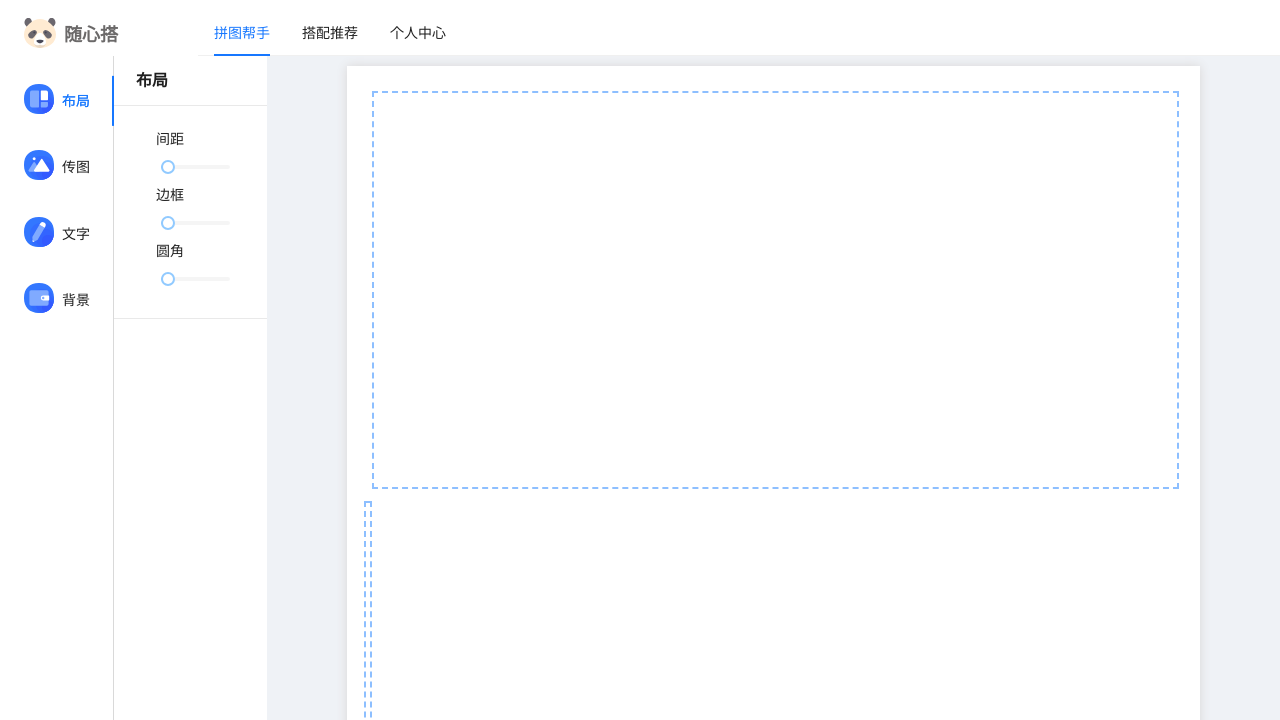
Repository: zzq1101921989/low-code
Page: /
These files come from the project's save history. The page is drawn as it stood at one moment and after the next save; the edit follows.
The browser window is 1280 px wide. The pictures show the whole page.
The project was rebuilt for these pictures with package versions that can differ from the ones it lists, and the page was loaded fresh each time. Also part of the build but not shown: vite.config.ts, src/pages/admin/index.tsx, src/components/icon/ClothesIcon.tsx, src/components/icon/HairIcon.tsx, src/components/icon/PantsIcon.tsx, src/components/icon/ShoeIcon.tsx, src/pages/recommend/index.tsx.

Above is the page before, as saved 2023-05-07 12:36:43.

### index.html
<!DOCTYPE html>
<html lang="en">
  <head>
    <meta charset="UTF-8" />
    <link rel="icon" type="image/svg+xml" href="/vite.svg" />
    <meta name="viewport" content="width=device-width, initial-scale=1.0" />
    <title>搭配选择困难症？不懂搭？就来随心搭，找到属于自己的穿搭技巧</title>
  </head>
  <body>
    <div id="root"></div>
    <script type="module" src="/src/main.tsx"></script>
  </body>
</html>

### src/main.tsx
import ReactDOM from "react-dom/client";
import App from "./App";
import "./reset.css";

ReactDOM.createRoot(document.getElementById("root") as HTMLElement).render(
  <App />
);

### src/App.tsx
import { BrowserRouter, Navigate, Route, Routes } from "react-router-dom";
import LayoutComponent from "./components/layout";
import { routerConfig } from "./routers";

const App = () => {
  return (
    <BrowserRouter>
      <Routes>
        <Route path="/" element={<LayoutComponent />}>
          {/* 重定向 */}
          <Route path="/" element={<Navigate to="/home" />} />
          {routerConfig.map((item) => (
            <Route path={item.path} key={item.name} element={item.element} />
          ))}
        </Route>
        <Route path="*" element={<div>404</div>} />
      </Routes>
    </BrowserRouter>
  );
};

export default App;

### src/reset.css
html,body,div,span,applet,object,h1,h2,h3,h4,h5,h6,p,blockquote,pre,a,abbr,acronym,address,big,cite,code,del,dfn,em,img,ins,kbd,q,s,samp,small,strike,strong,sub,sup,tt,var,b,u,i,center,dl,dt,dd,ol,ul,li,fieldset,form,label,legend,table,caption,tbody,tfoot,thead,tr,th,td,article,aside,canvas,details,embed,figure,figcaption,footer,header,hgroup,menu,nav,output,ruby,section,summary,time,mark,audio,video {
	margin:0;
	padding:0;
	border:0;
	font-size:100%;
	font:inherit;
	font-weight:normal;
	vertical-align:baseline;
}
/* HTML5 display-role reset for older browsers */
article,aside,details,figcaption,figure,footer,header,hgroup,menu,nav,section {
	display:block;
}
ol,ul,li {
	list-style:none;
}
blockquote,q {
	quotes:none;
}
blockquote:before,blockquote:after,q:before,q:after {
	content:'';
	content:none;
}
table {
	border-collapse:collapse;
	border-spacing:0;
}
th,td {
	vertical-align:middle;
}
/* custom */
a {
	outline:none;
	color:#16418a;
	text-decoration:none;
	-webkit-backface-visibility: hidden;
}
a:focus {
	outline:none;
}
input:focus,select:focus,textarea:focus {
	outline:-webkit-focus-ring-color auto 0;
}

### src/components/layout/index.tsx
import Icon from "@ant-design/icons";
import type { CustomIconComponentProps } from "@ant-design/icons/es/components/Icon";
import { Space } from "antd";
import { Content } from "antd/es/layout/layout";
import { Outlet } from "react-router-dom";
import HeaderComponent from "../header";
import styles from "./index.module.less";

const PandaSvg = () => (
  <svg viewBox="0 0 1024 1024" width="1em" height="1em" fill="currentColor">
    <path
      d="M99.096 315.634s-82.58-64.032-82.58-132.13c0-66.064 33.032-165.162 148.646-148.646 83.37 11.91 99.096 165.162 99.096 165.162l-165.162 115.614zM924.906 315.634s82.58-64.032 82.58-132.13c0-66.064-33.032-165.162-148.646-148.646-83.37 11.91-99.096 165.162-99.096 165.162l165.162 115.614z"
      fill="#6B676E"
    />
    <path
      d="M1024 561.548c0 264.526-229.23 429.42-512.002 429.42S0 826.076 0 561.548 283.96 66.064 512.002 66.064 1024 297.022 1024 561.548z"
      fill="#FFEBD2"
    />
    <path
      d="M330.324 842.126c0 82.096 81.34 148.646 181.678 148.646s181.678-66.55 181.678-148.646H330.324z"
      fill="#E9D7C3"
    />
    <path
      d="M644.13 611.098C594.582 528.516 561.55 512 512.002 512c-49.548 0-82.58 16.516-132.13 99.096-42.488 70.814-78.73 211.264-49.548 247.742 66.064 82.58 165.162 33.032 181.678 33.032 16.516 0 115.614 49.548 181.678-33.032 29.18-36.476-7.064-176.93-49.55-247.74z"
      fill="#FFFFFF"
    />
    <path
      d="M611.098 495.484c0-45.608 36.974-82.58 82.58-82.58 49.548 0 198.194 99.098 198.194 165.162s-79.934 144.904-148.646 99.096c-49.548-33.032-132.128-148.646-132.128-181.678zM412.904 495.484c0-45.608-36.974-82.58-82.58-82.58-49.548 0-198.194 99.098-198.194 165.162s79.934 144.904 148.646 99.096c49.548-33.032 132.128-148.646 132.128-181.678z"
      fill="#6B676E"
    />
    <path
      d="M512.002 726.622c-30.06 0-115.614 5.668-115.614 33.032 0 49.638 105.484 85.24 115.614 82.58 10.128 2.66 115.614-32.944 115.614-82.58-0.002-27.366-85.556-33.032-115.614-33.032z"
      fill="#464655"
    />
    <path
      d="M330.324 495.484m-33.032 0a33.032 33.032 0 1 0 66.064 0 33.032 33.032 0 1 0-66.064 0Z"
      fill="#464655"
    />
    <path
      d="M693.678 495.484m-33.032 0a33.032 33.032 0 1 0 66.064 0 33.032 33.032 0 1 0-66.064 0Z"
      fill="#464655"
    />
  </svg>
);

const PandaIcon = (props: Partial<CustomIconComponentProps>) => (
  <Icon component={PandaSvg} {...props} />
);

export default function LayoutComponent() {
  return (
    <div className={styles["syd-layout"]}>
      <div className={styles["syd-header"]}>
        <div className={styles.logo}>
          <Space>
            <PandaIcon style={{ fontSize: "32px" }} />
            <div style={{ fontWeight: "bold", fontSize: 18, color: "#6b6969" }}>
              随心搭
            </div>
          </Space>
        </div>
        <HeaderComponent />
      </div>
      <Content className={styles["syd-content"]}>
        <Outlet />
      </Content>
    </div>
  );
}

### src/routers/index.tsx
import { RouteObject } from "react-router-dom";
import Admin from "../pages/admin";
import Home from "../pages/home";
import Recommend from "../pages/recommend";

export const routerConfig: (RouteObject & { name: string })[] = [
  {
    path: "home",
    name: "拼图帮手",
    element: <Home />,
  },
  {
    path: "recommend",
    name: "搭配推荐",
    element: <Recommend />,
  },
  {
    path: "admin",
    name: "个人中心",
    element: <Admin />,
  },
];

### src/components/header/index.tsx
import { Menu, MenuProps } from "antd";
import { Link, useLocation } from "react-router-dom";
import { routerConfig } from "../../routers";

export default function HeaderComponent() {

  const locaiton = useLocation();

  const items: MenuProps["items"] = routerConfig.map((key) => ({
    key: key.path,
    label: <Link to={`/${key.path}`}>{key.name}</Link>,
  }));

  return (
    <Menu
      style={{ flex: 1 }}
      mode="horizontal"
      selectedKeys={[locaiton.pathname.split("/")[1]]}
      items={items}
    />
  );
}

### src/components/layout/index.module.less
.syd-layout {
  width: 100%;
  height: 100vh;
  display: flex;
  flex-direction: column;
  overflow: hidden;
  .syd-header {
    display: flex;
    width: 100%;
    align-items: center;
    padding: 10px 24px 0 24px;
    background-color: #fff;
    .logo {
      margin-right: 80px;
    }
  }
  .syd-content {
    flex: auto;
    background: #eff2f6;
  }
}

### src/pages/home/index.tsx
import { Col, Row } from "antd";
import { FC } from "react";
import { DrawImage, Menu } from "./features";
import styles from "./index.module.less";

const Home: FC = () => {
  return (
    <Row style={{ height: "100%" }} className={styles.homeContainer}>
      <Col xl={5}>
        <Menu />
      </Col>
      <Col xl={19}>
        <DrawImage />
      </Col>
    </Row>
  );
};

export default Home;

### src/pages/home/features/index.tsx
export { default as Area } from './Area';
export { default as DrawImage } from './DrawImage';
export { default as Menu } from './Menu';

### src/pages/home/index.module.less
.homeContainer {
    :global{
        .ant-tabs-tabpane {
            padding-left: 0 !important
        }
        .ant-tabs-nav-wrap {
            padding-top: 20px;
        }
    }
}

### src/pages/home/features/Area/index.tsx
import { FC, ReactNode } from "react";
import styles from "./index.module.less";

interface AreaProps {
  /**
   * @name 头部区域内容
   */
  header: string | ReactNode;

  /**
   * @name 中间区域内容
   */
  centre?: string | ReactNode;
}
const Area: FC<AreaProps> = (props) => {
  const { header, centre } = props;

  return (
    <div className={`${styles["area-container"]}`}>
      <div
        className={`${styles["area-container-header"]} ${styles.padding} ${styles.borderBottom}`}
      >
        {header}
      </div>
      {centre && (
        <div
          className={`${styles["area-container-centre"]} ${styles.padding} ${styles["borderBottom"]}`}
        >
          {centre}
        </div>
      )}
    </div>
  );
};

export default Area;

### src/pages/home/features/DrawImage/index.tsx
import { Col, Row } from "antd";
import { FC } from "react";
import { ItemBox } from "../../components";

interface DrawImageProps {}
const DrawImage: FC<DrawImageProps> = (props) => {
  return (
    <div
      style={{
        width: "803px",
        height: "803px",
        padding: "25px",
        margin: '10px auto',
        background: "#fff",
        boxShadow: "0 0 10px #d9d6d6",
      }}
    >
      <Row gutter={[16, 16]} style={{ height: '100%' }}>
        <Col span={24}>
          <ItemBox />
        </Col>
        <Row gutter={[16, 16]}>
          <Col span={24}>
            <ItemBox />
          </Col>
        </Row>
      </Row>
    </div>
  );
};

export default DrawImage;

### src/pages/home/features/Menu/index.tsx
import { Slider, Space, Tabs, TabsProps } from "antd";
import { Area } from "..";
import {
  ColorIcon,
  ImageIcon,
  LayoutIcon,
  TextIcon,
} from "../../../../components/icon";

/**
 * 导航栏组件
 * @returns
 */
export default function Menu() {
  const items: TabsProps["items"] = [
    {
      label: (
        <Space>
          <LayoutIcon />
          布局
        </Space>
      ),
      key: "1",
      children: (
        <Area
          header="布局"
          centre={
            <div
              style={{
                width: "100%",
                display: "flex",
                flexDirection: "column",
                padding: '10px 20px',
                boxSizing: 'border-box'
              }}
            >
              <div>
                间距
                <Slider defaultValue={10} />
              </div>
              <div>
                边框
                <Slider defaultValue={10} />
              </div>
              <div>
                圆角
                <Slider defaultValue={10} />
              </div>
            </div>
          }
        />
      ),
    },
    {
      label: (
        <Space>
          <ImageIcon />
          传图
        </Space>
      ),
      key: "2",
      children: "",
    },
    {
      label: (
        <Space>
          <TextIcon />
          文字
        </Space>
      ),
      key: "3",
      children: "",
    },
    {
      label: (
        <Space>
          <ColorIcon />
          背景
        </Space>
      ),
      key: "4",
      children: "",
    },
  ];

  return (
    <Tabs
      tabPosition="left"
      items={items}
      style={{ background: "#fff", height: "100%" }}
    />
  );
}

### src/pages/home/features/Area/index.module.less
.area-container {
    width: 100%;
    .area-container-header {
        font-size: 18px;
    }
    .area-container-header {
        font-size: 16px;
        font-weight: bold;
    }
}
.padding {
    padding: 12px 12px 12px 22px;
}
.borderBottom {
    border-bottom: 1px solid #e9e9e9;
}

### src/pages/home/components/index.tsx
export { default as ItemBox } from './ItemBox';

### src/components/icon/index.tsx
export { default as ClothesIcon } from "./ClothesIcon";
export { default as ColorIcon } from "./ColorIcon";
export { default as HairIcon } from "./HairIcon";
export { default as ImageIcon } from "./ImageIcon";
export { default as LayoutIcon } from "./LayoutIcon";
export { default as PantsIcon } from "./PantsIcon";
export { default as ShoeIcon } from "./ShoeIcon";
export { default as TextIcon } from "./TextIcon";

### src/pages/home/components/ItemBox/index.tsx
import type { FC } from "react";
import { memo } from "react";

interface ItemBoxProps {

}
const ItemBox: FC<ItemBoxProps> = (props) => {
  const {  } = props;
  return (
    <div
      style={{
        width: '100%',
        height: '100%',
        border: "2px dashed rgba(30, 128, 255, 0.5)",
      }}
    ></div>
  );
};
export default memo(ItemBox);

### src/components/icon/ColorIcon.tsx
import Icon from "@ant-design/icons";
import { CustomIconComponentProps } from "@ant-design/icons/lib/components/Icon";

const Color = () => (
  <svg
    viewBox="0 0 1024 1024"
    version="1.1"
    xmlns="http://www.w3.org/2000/svg"
    p-id="7117"
    width="30"
    height="30"
  >
    <path
      d="M1023.910943 511.999898c5.11911 317.794367-194.116663 516.825376-511.91103 511.911029-317.794367 4.914346-516.825376-194.116663-511.91103-511.911029C-4.825463 194.20553 194.205546-4.825478 511.999913 0.088868c317.794367-4.914346 516.825376 194.116663 511.91103 511.91103z"
      fill="#3377FF"
      p-id="7118"
    ></path>
    <path
      d="M1022.477592 566.671996C1006.915497 340.40732 852.318366 201.16752 614.382119 204.85328c-254.112635-4.095288-413.624112 155.416189-409.528824 409.528824-3.890524 237.936247 135.554041 392.533378 361.613952 408.095473 268.036615-16.381153 439.629192-187.97373 456.010345-455.805581z"
      fill="#336DFF"
      p-id="7119"
    ></path>
    <path
      d="M1015.515602 629.944199C985.824762 491.523456 876.480566 407.160519 716.764325 409.617692c-190.635668-3.071466-310.218084 116.51095-307.146618 307.146618-2.457173 159.716241 81.905765 269.060437 220.121743 298.751277 211.112109-34.400421 351.375731-174.664043 385.776152-385.571388z"
      fill="#3364FF"
      p-id="7120"
    ></path>
    <path
      d="M997.701098 705.707031C964.734028 646.734881 902.076118 613.153517 819.146531 614.382104c-127.1587-2.047644-206.812056 77.605712-204.764412 204.764412-1.433351 82.929587 32.352777 145.587497 91.120163 178.554567a431.233852 431.233852 0 0 0 292.198816-291.994052z"
      fill="#335AFF"
      p-id="7121"
    ></path>
    <path
      d="M184.376854 245.806162m61.429324 0l532.387471 0q61.429324 0 61.429323 61.429324l0 409.528824q0 61.429324-61.429323 61.429323l-532.387471 0q-61.429324 0-61.429324-61.429323l0-409.528824q0-61.429324 61.429324-61.429324Z"
      fill="#80AAFF"
      p-id="7122"
    ></path>
    <path
      d="M655.335001 430.094133h184.287971a20.476441 20.476441 0 0 1 20.476441 20.476441v122.858647a20.476441 20.476441 0 0 1-20.476441 20.476441h-184.287971a81.905765 81.905765 0 0 1-81.905764-81.905764 81.905765 81.905765 0 0 1 81.905764-81.905765z"
      fill="#FFFFFF"
      p-id="7123"
    ></path>
    <path
      d="M655.335001 511.999898m-40.952882 0a40.952882 40.952882 0 1 0 81.905765 0 40.952882 40.952882 0 1 0-81.905765 0Z"
      fill="#80AAFF"
      p-id="7124"
    ></path>
  </svg>
);

export default function ColorIcon(props: Partial<CustomIconComponentProps>) {
  return <Icon component={Color} {...props} />;
}

### src/components/icon/ImageIcon.tsx
import Icon from "@ant-design/icons";
import { CustomIconComponentProps } from "@ant-design/icons/lib/components/Icon";

const Image = () => (
  <svg
    viewBox="0 0 1024 1024"
    version="1.1"
    xmlns="http://www.w3.org/2000/svg"
    p-id="1209"
    width="30"
    height="30"
  >
    <path
      d="M1023.910943 511.999898c5.11911 317.794367-194.116663 516.825376-511.91103 511.911029-317.794367 4.914346-516.825376-194.116663-511.91103-511.911029C-4.825463 194.20553 194.205546-4.825478 511.999913 0.088868c317.794367-4.914346 516.825376 194.116663 511.91103 511.91103z"
      fill="#3377FF"
      p-id="1210"
    ></path>
    <path
      d="M1022.477592 566.671996C1006.915497 340.40732 852.318366 201.16752 614.382119 204.85328c-254.112635-4.095288-413.624112 155.416189-409.528824 409.528824-3.890524 237.936247 135.554041 392.533378 361.613952 408.095473 268.036615-16.381153 439.629192-187.97373 456.010345-455.805581z"
      fill="#336DFF"
      p-id="1211"
    ></path>
    <path
      d="M1015.515602 629.944199C985.824762 491.523456 876.480566 407.160519 716.764325 409.617692c-190.635668-3.071466-310.218084 116.51095-307.146618 307.146618-2.457173 159.716241 81.905765 269.060437 220.121743 298.751277 211.112109-34.400421 351.375731-174.664043 385.776152-385.571388z"
      fill="#3364FF"
      p-id="1212"
    ></path>
    <path
      d="M312.968905 439.308531L158.781302 678.678129a40.952882 40.952882 0 0 0 34.400422 63.067439h308.375204a40.952882 40.952882 0 0 0 34.400421-63.067439l-154.187602-239.574362a40.952882 40.952882 0 0 0-68.800842 0.204764z"
      fill="#80AAFF"
      p-id="1213"
    ></path>
    <path
      d="M997.701098 705.707031C964.734028 646.734881 902.076118 613.153517 819.146531 614.382104c-127.1587-2.047644-206.812056 77.605712-204.764412 204.764412-1.433351 82.929587 32.352777 145.587497 91.120163 178.554567a431.233852 431.233852 0 0 0 292.198816-291.994052z"
      fill="#335AFF"
      p-id="1214"
    ></path>
    <path
      d="M571.586357 329.554807l-225.240853 349.123322a40.952882 40.952882 0 0 0 34.400421 63.067439h450.481706a40.952882 40.952882 0 0 0 34.400421-63.067439l-225.240853-349.123322a40.952882 40.952882 0 0 0-68.800842 0z"
      fill="#FFFFFF"
      p-id="1215"
    ></path>
    <path
      d="M347.369326 294.540092m-51.191103 0a51.191103 51.191103 0 1 0 102.382206 0 51.191103 51.191103 0 1 0-102.382206 0Z"
      fill="#FFFFFF"
      p-id="1216"
    ></path>
  </svg>
);

export default function ImageIcon(props: Partial<CustomIconComponentProps>) {
  return <Icon component={Image} {...props} />;
}

### src/components/icon/LayoutIcon.tsx
import Icon from "@ant-design/icons";
import { CustomIconComponentProps } from "@ant-design/icons/lib/components/Icon";

const Layout = () => (
  <svg
    viewBox="0 0 1024 1024"
    version="1.1"
    xmlns="http://www.w3.org/2000/svg"
    p-id="1056"
    width="30"
    height="30"
  >
    <path
      d="M1023.910943 511.999898c5.11911 317.794367-194.116663 516.825376-511.91103 511.911029-317.794367 4.914346-516.825376-194.116663-511.91103-511.911029C-4.825463 194.20553 194.205546-4.825478 511.999913 0.088868c317.794367-4.914346 516.825376 194.116663 511.91103 511.91103z"
      fill="#3377FF"
      p-id="1057"
    ></path>
    <path
      d="M1022.477592 566.671996C1006.915497 340.40732 852.318366 201.16752 614.382119 204.85328c-254.112635-4.095288-413.624112 155.416189-409.528824 409.528824-3.890524 237.936247 135.554041 392.533378 361.613952 408.095473 268.036615-16.381153 439.629192-187.97373 456.010345-455.805581z"
      fill="#336DFF"
      p-id="1058"
    ></path>
    <path
      d="M1015.515602 629.944199C985.824762 491.523456 876.480566 407.160519 716.764325 409.617692c-190.635668-3.071466-310.218084 116.51095-307.146618 307.146618-2.457173 159.716241 81.905765 269.060437 220.121743 298.751277 211.112109-34.400421 351.375731-174.664043 385.776152-385.571388z"
      fill="#3364FF"
      p-id="1059"
    ></path>
    <path
      d="M997.701098 705.707031C964.734028 646.734881 902.076118 613.153517 819.146531 614.382104c-127.1587-2.047644-206.812056 77.605712-204.764412 204.764412-1.433351 82.929587 32.352777 145.587497 91.120163 178.554567a431.233852 431.233852 0 0 0 292.198816-291.994052z"
      fill="#335AFF"
      p-id="1060"
    ></path>
    <path
      d="M593.905678 225.329721h163.811529a61.429324 61.429324 0 0 1 61.429324 61.429323v245.717295a20.476441 20.476441 0 0 1-20.476441 20.476441H593.905678a20.476441 20.476441 0 0 1-20.476441-20.476441V245.806162a20.476441 20.476441 0 0 1 20.476441-20.476441z"
      fill="#FFFFFF"
      p-id="1061"
    ></path>
    <path
      d="M593.905678 614.382104h204.764412a20.476441 20.476441 0 0 1 20.476441 20.476441v102.382206a61.429324 61.429324 0 0 1-61.429324 61.429323h-163.811529a20.476441 20.476441 0 0 1-20.476441-20.476441v-143.335088a20.476441 20.476441 0 0 1 20.476441-20.476441zM266.282619 225.329721h225.240853a20.476441 20.476441 0 0 1 20.476441 20.476441v532.387471a20.476441 20.476441 0 0 1-20.476441 20.476441H266.282619a61.429324 61.429324 0 0 1-61.429324-61.429323V286.759044a61.429324 61.429324 0 0 1 61.429324-61.429323z"
      fill="#80AAFF"
      p-id="1062"
    ></path>
  </svg>
);

export default function LayoutIcon(props: Partial<CustomIconComponentProps>) {
  return <Icon component={Layout} {...props} />;
}

### src/components/icon/TextIcon.tsx
import Icon from "@ant-design/icons";
import { CustomIconComponentProps } from "@ant-design/icons/lib/components/Icon";

const Text = () => (
  <svg
    viewBox="0 0 1024 1024"
    version="1.1"
    xmlns="http://www.w3.org/2000/svg"
    p-id="1365"
    width="30"
    height="30"
  >
    <path
      d="M1023.910943 511.999898c5.11911 317.794367-194.116663 516.825376-511.91103 511.911029-317.794367 4.914346-516.825376-194.116663-511.91103-511.911029C-4.825463 194.20553 194.205546-4.825478 511.999913 0.088868c317.794367-4.914346 516.825376 194.116663 511.91103 511.91103z"
      fill="#3377FF"
      p-id="1366"
    ></path>
    <path
      d="M1022.477592 566.671996C1006.915497 340.40732 852.318366 201.16752 614.382119 204.85328c-254.112635-4.095288-413.624112 155.416189-409.528824 409.528824-3.890524 237.936247 135.554041 392.533378 361.613952 408.095473 268.036615-16.381153 439.629192-187.97373 456.010345-455.805581z"
      fill="#336DFF"
      p-id="1367"
    ></path>
    <path
      d="M1015.515602 629.944199C985.824762 491.523456 876.480566 407.160519 716.764325 409.617692c-190.635668-3.071466-310.218084 116.51095-307.146618 307.146618-2.457173 159.716241 81.905765 269.060437 220.121743 298.751277 211.112109-34.400421 351.375731-174.664043 385.776152-385.571388z"
      fill="#3364FF"
      p-id="1368"
    ></path>
    <path
      d="M997.701098 705.707031C964.734028 646.734881 902.076118 613.153517 819.146531 614.382104c-127.1587-2.047644-206.812056 77.605712-204.764412 204.764412-1.433351 82.929587 32.352777 145.587497 91.120163 178.554567a431.233852 431.233852 0 0 0 292.198816-291.994052z"
      fill="#335AFF"
      p-id="1369"
    ></path>
    <path
      d="M526.538186 263.82543L293.311521 668.03038a61.429324 61.429324 0 0 0-7.985812 35.629007l9.828692 125.725349a20.476441 20.476441 0 0 0 28.667017 17.200211l118.763359-51.600632A61.429324 61.429324 0 0 0 471.047031 769.388763l232.817136-403.181127z"
      fill="#80AAFF"
      p-id="1370"
    ></path>
    <path
      d="M687.687779 189.495949a102.382206 102.382206 0 0 0-139.854094 37.471887l-20.476441 36.857594 177.325981 102.382206 20.476441-36.857594a102.382206 102.382206 0 0 0-37.471887-139.854093zM292.082935 790.479498l3.071466 38.905238a20.476441 20.476441 0 0 0 28.667017 17.200211l37.267123-16.176389z"
      fill="#FFFFFF"
      p-id="1371"
    ></path>
  </svg>
);

export default function TextIcon(props: Partial<CustomIconComponentProps>) {
  return <Icon component={Text} {...props} />;
}

After the next save:
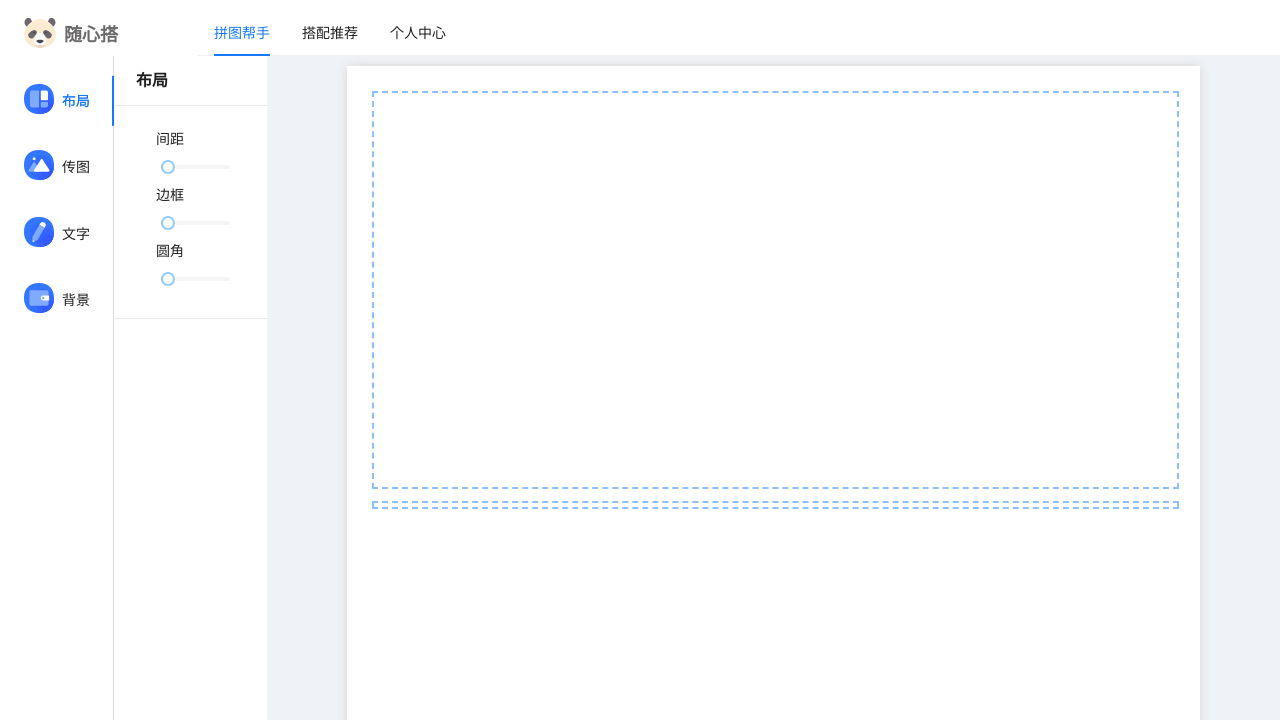
Saved 20 s later.
--- a/src/pages/home/features/DrawImage/index.tsx
+++ b/src/pages/home/features/DrawImage/index.tsx
@@ -19,11 +19,13 @@ const DrawImage: FC<DrawImageProps> = (props) => {
         <Col span={24}>
           <ItemBox />
         </Col>
-        <Row gutter={[16, 16]}>
-          <Col span={24}>
-            <ItemBox />
-          </Col>
-        </Row>
+        <Col span={24}>
+          <Row gutter={[16, 16]}>
+            <Col span={24}>
+              <ItemBox />
+            </Col>
+          </Row>
+        </Col>
       </Row>
     </div>
   );
